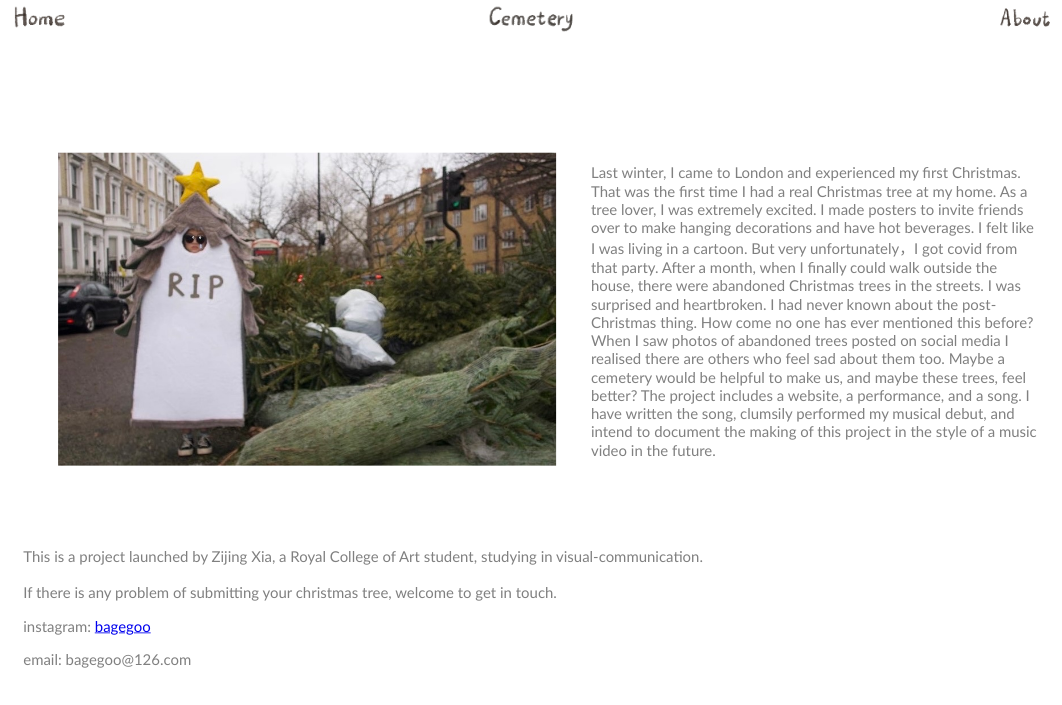
Repository: FuugaMo/ByeByeChristmasTree.github.io
Page: about.html
These files come from the project's save history. The page is drawn as it stood at one moment and after the next save; the edit follows.
The browser window is 1280 px wide. The pictures show the whole page, at 83% of full size.

Above is the page before, as saved 2023-07-28 21:24:32.

### about.html
<!DOCTYPE html>
<html lang="en">

<head>
    <meta charset="utf-8" />
    <link
        href="about.css"
        rel="stylesheet"
    />

</head>

<body>
    <!-- 顶部导航栏 -->
    <nav>
        <div
            class="home"
            style="width:60px; height:50px"
        >
            <img
                src="./Image/Home.png"
                width="60px"
            >
            <input
                type="button"
                onclick='location.href=("index.html")'
            />

        </div>

        <div
            class="cemetery"
            style="width: 100px;"
        >
            <img
                src="./Image/cemetery.png"
                class="cemetery"
                width="100px"
            >
            <input
                type="button"
                onclick='location.href=("cemetery.html")'
            />
        </div>

        <div
            class="about"
            style="width: 60px;"
        >
            <img
                src="./Image/about.png"
                width="60px"
            >
            <input
                type="button"
                onclick='location.href=("about.html")'
            />
        </div>

    </nav>

    <div id="content">
        <table
            id="content"
            cellpadding="20"
        >
            <tr>
                <td>
                    <img
                        src="./Image/About1.jpeg"
                        width="600px"
                    >
                </td>
                <td>
                    <p1>
                        Last winter, I came to London and experienced my first Christmas. That was the first time I had a
                        real Christmas tree at my home. As a tree lover, I was extremely excited. I made posters to invite
                        friends over to make hanging decorations and have hot beverages. I felt like I was living in a
                        cartoon. But very unfortunately，I got covid from that party. After a month, when I finally could walk
                        outside the house, there were abandoned Christmas trees in the streets. I was surprised and
                        heartbroken. I had never known about the post-Christmas thing. How come no one has ever mentioned
                        this before?
                    </p1>
                    <p1>
                        When I saw photos of abandoned trees posted on social media I realised there are others who feel sad
                        about them too. Maybe a cemetery would be helpful to make us, and maybe these trees, feel better?
                    </p1>
                    <p1>
                        The project includes a website, a performance, and a song. I have written the song, clumsily
                        performed my musical debut, and intend to document the making of this project in the style of a
                        music video in the future.
                    </p1>
                </td>
            </tr>
        </table>
        <br>
        <br>
        <br>
        <br>
        <p1>
            This is a project launched by Zijing Xia, a Royal College of Art student, studying in visual-communication.
            <br><br> If there is any problem of submitting your christmas tree, welcome to get in touch.
        </p1>
        <br>
        <br>
        <p2>
            instagram: <a href="https://www.instagram.com/bagegoo/">bagegoo</a></p2>
        </p2>
        <br>
        <br>
        <p3>
            email: bagegoo@126.com
        </p3>

        <br><br><br>
    </div>
</body>

### about.css
#content {
    position: relative;
    margin-top: 10px;
    margin-left: 20px;
}

/* 导航栏 */
.home {
    position: relative;
    display: -webkit-box;
    -webkit-box-pack: start;
    -webkit-box-align: start;
    -webkit-box-orient: start;
    text-align: center;
    margin-left: 10px;
    /* opacity: 0; */
}

.home input {
    cursor: url("光标.png"), auto;
    position: absolute;
    width: 60px;
    height: 25px;
    border: 0px;
    left: 0px;
    top: 0px;
    /* opacity: 0.5; */
    /* background-color: black; */
    background-color: transparent;
}

.cemetery {
    position: relative;
    margin: 0 auto;
    top: -25px;
}

.cemetery input {
    cursor: url("光标.png"), auto;
    position: relative;
    width: 100px;
    height: 60px;
    border: 0;
    top: -85px;
    /* opacity: 0.5; */
    /* background-color: black; */
    background-color: transparent;
}

.about {
    position: absolute;
    right: 15px;
    top: 10px;
}

p1,
p2,
p3 {
    font-family: "Gill Sans", sans-serif;
    font-size: large;
    color: gray;
}

.about input {
    cursor: url("光标.png"), auto;
    position: absolute;
    width: 60px;
    height: 25px;
    border: 0px;
    right: 1px;
    /* opacity: 0.5; */
    /* background-color: black; */
    background-color: transparent;

}

/* 导航栏结束 */

html {
    cursor: url("光标.png"), auto;
}

After the next save:
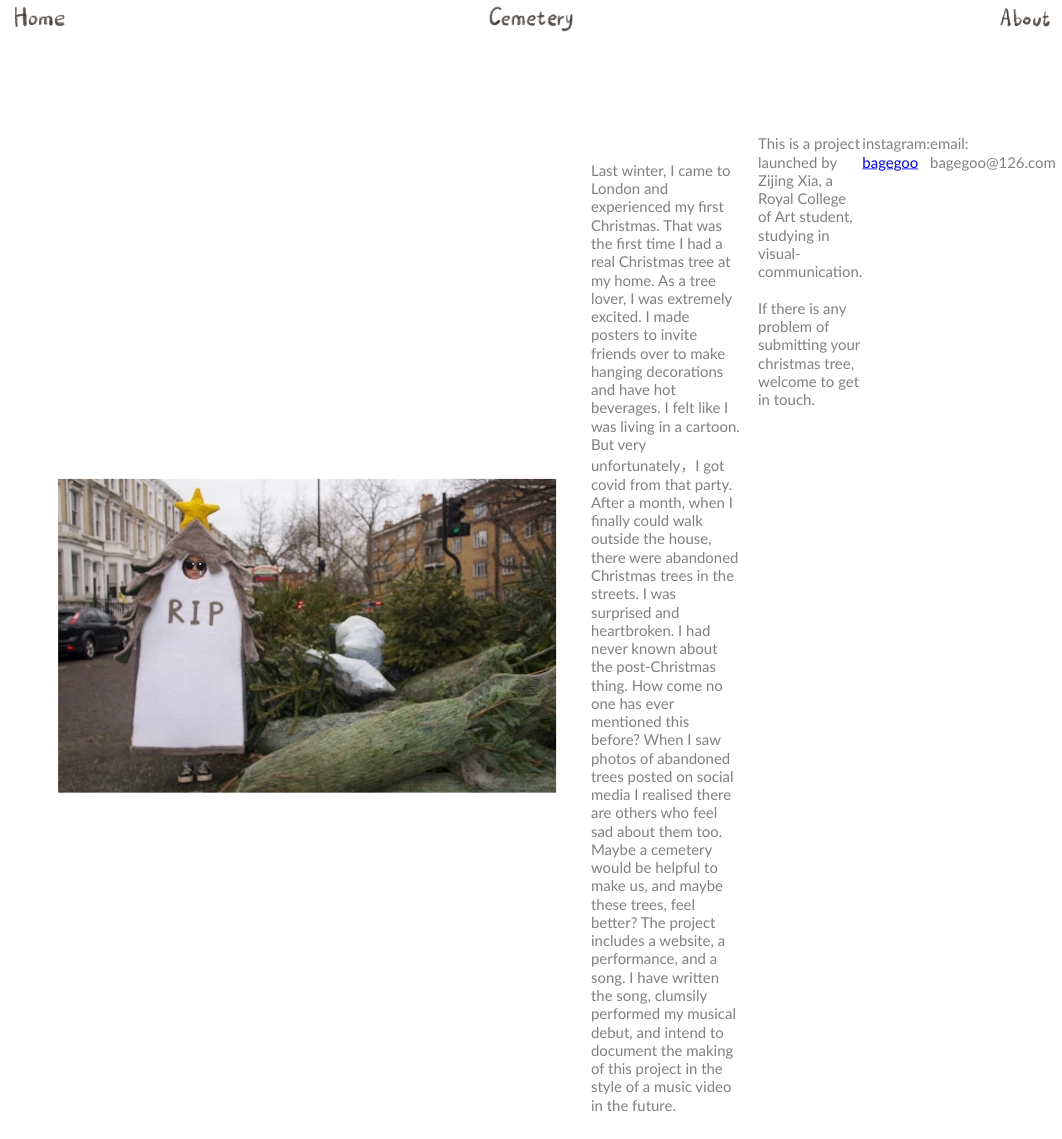
Saved 3 min 5 s later.
--- a/about.css
+++ b/about.css
@@ -1,7 +1,18 @@
+/* 新增样式 */
 #content {
-    position: relative;
+    display: flex;
+    align-items: flex-start;
     margin-top: 10px;
     margin-left: 20px;
+}
+
+#content img {
+    width: 600px;
+}
+
+#content .text {
+    flex: 1;
+    padding-left: 20px;
 }
 
 /* 导航栏 */
